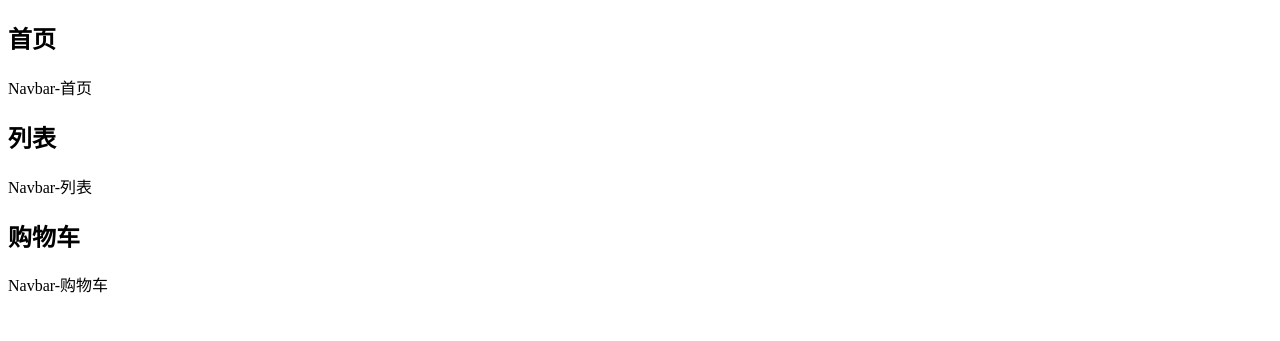
Repository: zenghao518518/React
Page: /
The author's editor kept a copy of each file at every save. The page is drawn from the files as they stood at one save, then again after the next save.
The browser window is 1280 px wide. The pictures show the whole page.
The project was rebuilt for these pictures with package versions that can differ from the ones it lists, and the page was loaded fresh each time.

Above is the page before, as saved 2023-07-24 17:26:18.

### src/index.js
import React from 'react';
//import ReactDOM from 'react-dom';
import ReactDOM from 'react-dom/client'
//import './01-base/01-class组件'
//ReactDOM.render(<div>111111</div>,document.getElementById('root'))                    //);
//import App from './01-base/01-class组件'
//import App from './01-base/02-函数式组件'
//import App from './01-base/03-组件的嵌套'
//import App from './01-base/04-组件的样式'
//import App from './01-base/05-事件绑定-1'
//import App from './01-base/06-事件绑定-2'
//import App from './01-base/07-ref'
//import App from './01-base/08-state'
//import App from './01-base/09-数组渲染'
//import App from './01-base/10-todolist'
//import App from './01-base/12-卖座选项卡'
//import App from './01-base/13-setState同步异步'
//import App from './01-base/14-betterScroll'
//import App from './01-base/15-betterscroll-cinema'
import App from './01-base/16-prop'
//import App from './01-base/19-非受控'
//import App from './01-base/20-受控'
let root = ReactDOM.createRoot(document.getElementById('root'));
//root.render(<div>111111</div>);
root.render(<React.StrictMode><App></App></React.StrictMode>);
//root.render(<App></App>);

### src/01-base/16-prop.js
import React, { Component } from "react";
import Navbar from "./Navbar";
export default class App extends Component {
  render() {
    return (
      <div>
        <div>
          <h2>首页</h2>
          <Navbar title="首页"/>
        </div>
        <div>
          <h2>列表</h2>
          <Navbar title="列表"/>
        </div>
        <div>
          <h2>购物车</h2>
          <Navbar title="购物车"/>
        </div>
      </div>
    );
  }
}

### src/01-base/Navbar/index.js
import React, { Component } from 'react'

export default class Navbar extends Component {
  state = {
        //只能内部自己用的，外面无法改变
        }


  render() {
    console.log(this.props)
    let {title}= this.props

    return (
      <div>Navbar-{title}

      </div>
    )
  }
}

Loaded but not shown: public/index.html (common file)

After the next save:
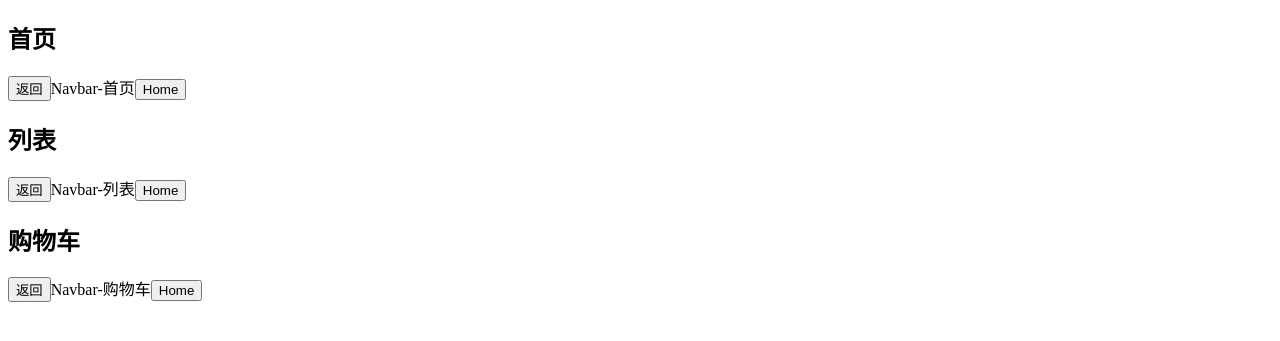
Saved 22 min 13 s later.
--- a/src/01-base/Navbar/index.js
+++ b/src/01-base/Navbar/index.js
@@ -11,8 +11,11 @@ export default class Navbar extends Component {
     let {title}= this.props
 
     return (
-      <div>Navbar-{title}
 
+      <div>
+        <button>返回</button>
+        Navbar-{title}
+        <button>Home</button>
       </div>
     )
   }
